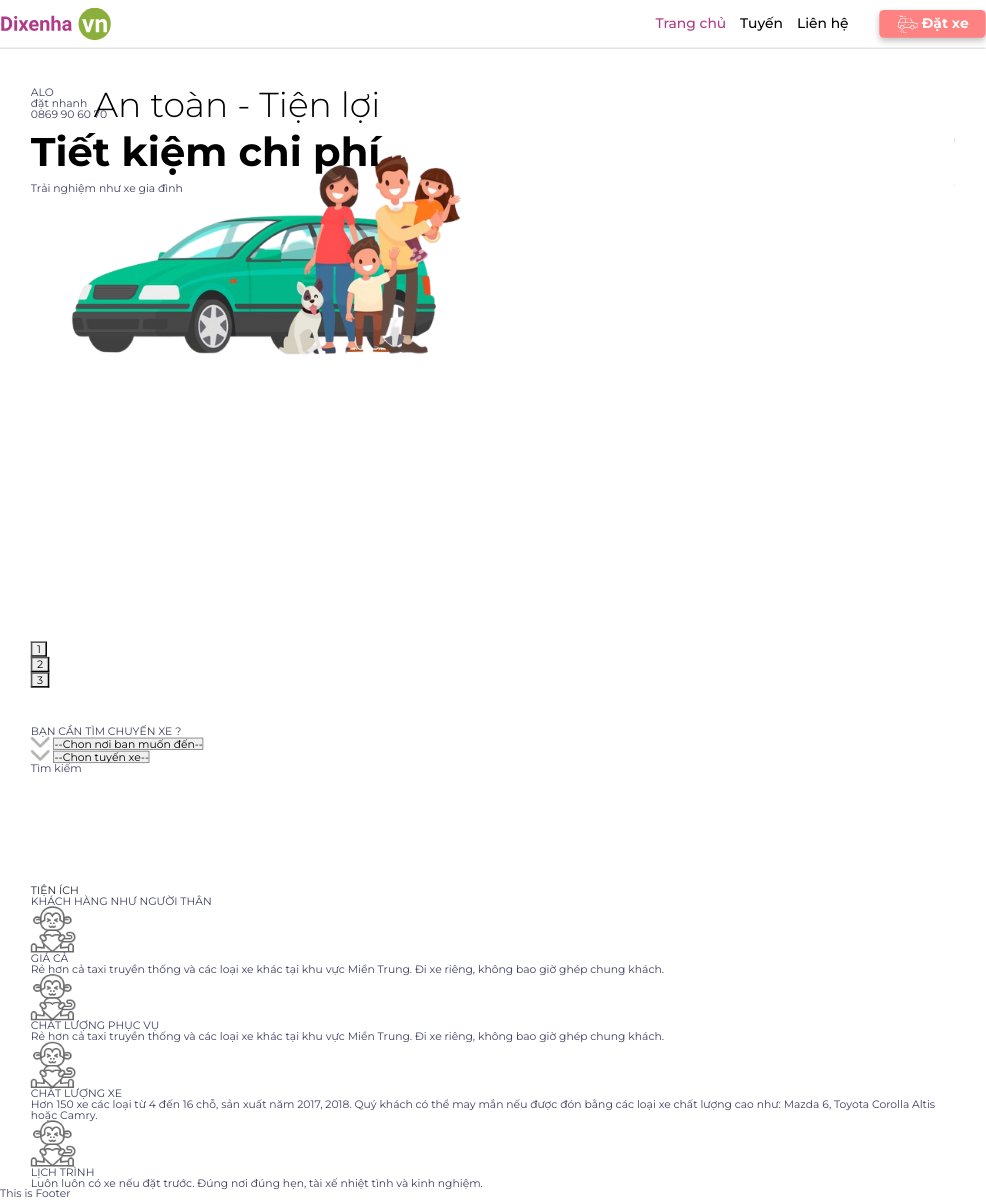
Repository: thanhthien0706/last_project--fe004
Page: lastProductF004/dist/index.html
An editor plug-in stored every save of this project. The page is shown before and after the next save, followed by the edit.
The browser window is 1280 px wide. The pictures show the whole page, at 77% of full size.
Some web libraries are served in a nearby version. The style sheet was rebuilt from its Sass, Less or Tailwind sources for each picture, by a compiler version that may differ from the author's.

Above is the page before, as saved 2021-09-16 19:29:06.

### lastProductF004/dist/index.html
<html lang="vi">

<head>
  <!-- include head.html -->
  <title>Trang web cho thuê xe Đà Nẵng - Hội An</title>
<meta name="viewport" content="width=device-width, initial-scale=1, shrink-to-fit=no">
<meta http-equiv="Content-type" content="text/html;charset=UTF-8">

<!-- favicon -->
<link href="/images/favicon.ico" type="image/x-icon" rel="icon">
<!-- meta social -->
<meta name="twitter:card" content="" />
<meta name="twitter:site" content="" />
<meta name="twitter:creator" content="" />
<meta property="og:description" content="" />
<meta property="og:image" content="" />
<meta property="og:site_name" content="">
<meta property="og:title" content="" />
<meta property="og:type" content="">
<meta property="og:url" content="" />
<link rel="apple-touch-icon" sizes="180x180" href="/images/favicon/apple-touch-icon.png">
<link rel="icon" type="image/png" sizes="32x32" href="/images/favicon/favicon-32x32.png">
<link rel="icon" type="image/png" sizes="16x16" href="/images/favicon/favicon-16x16.png">

<link rel="manifest" href="/manifest.json">

<meta name="mobile-web-app-capable" content="yes">
<meta name="apple-mobile-web-app-capable" content="yes">
<meta name="application-name" content="Short name web app">
<meta name="apple-mobile-web-app-title" content="Short name web app">
<meta name="theme-color" content="#00a849">
<meta name="msapplication-navbutton-color" content="#00a849">
<meta name="apple-mobile-web-app-status-bar-style" content="black-translucent">
<meta name="msapplication-starturl" content="/">


  <!-- include styles.html -->
  <link href="https://fonts.googleapis.com/css?family=Roboto|Roboto+Condensed|Roboto+Mono|Roboto+Slab&display=swap"
    rel="stylesheet">
<link href="https://fonts.googleapis.com/icon?family=Material+Icons" rel="stylesheet">


<!-- boostrap -->
<link rel="stylesheet" href="https://stackpath.bootstrapcdn.com/bootstrap/4.4.1/css/bootstrap.min.css"
    integrity="sha384-Vkoo8x4CGsO3+Hhxv8T/Q5PaXtkKtu6ug5TOeNV6gBiFeWPGFN9MuhOf23Q9Ifjh" crossorigin="anonymous">
<link rel="stylesheet" href="https://use.fontawesome.com/releases/v5.8.2/css/all.css"
    integrity="sha384-oS3vJWv+0UjzBfQzYUhtDYW+Pj2yciDJxpsK1OYPAYjqT085Qq/1cq5FLXAZQ7Ay" crossorigin="anonymous">

<link rel="stylesheet" href="https://unpkg.com/swiper/swiper-bundle.css">
<link rel="stylesheet" href="https://unpkg.com/swiper/swiper-bundle.min.css">

<link href="https://unpkg.com/aos@2.3.1/dist/aos.css" rel="stylesheet">

<!-- build:css(.tmp) style/style.min.css -->
<!-- <link rel="stylesheet" type="text/css" media="screen" href="styles/main.scss"/> -->
<link rel="stylesheet" type="text/css" media="screen" href="css/main.css" />
<!-- endbuild -->
</head>

<body class="wrapper">
  <header class="main_header">
  <div class="container_edit">
    <div class="box_main_content">
      <div class="box_logo">
        <img src="../../images/logo.svg" alt="logo" class="img_logo">
      </div>
      <div class="box_main_menu">
        <ul class="lista_menu">
          <li class="item_list">
              <a href="#" class="active">Trang chủ</a>
          </li>
          <li class="item_list">
              <a href="#">Tuyến</a>
          </li>
          <li class="item_list">
              <a href="#">Liên hệ</a>
          </li>
        </ul>
        <a href="#" class="btn_dat_xe">
          <img src="images/icon/ic_car-1.svg" alt="">
          <span class="text">Đặt xe</span>
        </a>
      </div>
    </div>
  </div>

</header>

  <section>

    <section class="section_01">
      <div class="container_new_edit">
        <div class="box_main_slide">
          <!-- slide 1 -->
          <div class="box_content_slide">

            <div class="box_slogan">
              <p class="slogan_1">An toàn - Tiện lợi</p>
              <p class="slogan_2">Tiết kiệm chi phí</p>
              <p class="slogan_3"><span class="sp_slogan_1">Trải nghiệm</span> như xe <span class="sp_slogan_2">gia đình</span></p>
            </div>

            <div class="box_contact">
              <div class="box_icon">
                <div class="shape_1"></div>
                <div class="shape_2"></div>
                <p class="icon">ALO</p>
              </div>
              <div class="box_text">
                <p>đặt nhanh</p>
                <p class="sdt">
                  0869 90 60 70
                </p>
              </div>
            </div>

            <div class="box_img">
              <img src="images/bg/bg_image-1.png" alt="">
            </div>

          </div>

          <!-- slide 2 -->
          <div class="box_content_slide">

            <div class="box_slogan">
              <p class="slogan_1">An toàn - Tiện lợi</p>
              <p class="slogan_2">Tiết kiệm chi phí</p>
              <p class="slogan_3"><span class="sp_slogan_1">Trải nghiệm</span> như xe <span class="sp_slogan_2">gia đình</span></p>
            </div>

            <div class="box_contact">
              <div class="box_icon">
                <div class="shape_1"></div>
                <div class="shape_2"></div>
                <p class="icon">ALO</p>
              </div>
              <div class="box_text">
                <p>đặt nhanh</p>
                <p class="sdt">
                  0869 90 60 70
                </p>
              </div>
            </div>

            <div class="box_img">
              <img src="images/bg/bg_image-1.png" alt="">
            </div>

          </div>

          <!-- slide 3 -->
          <div class="box_content_slide">

            <div class="box_slogan">
              <p class="slogan_1">An toàn - Tiện lợi</p>
              <p class="slogan_2">Tiết kiệm chi phí</p>
              <p class="slogan_3"><span class="sp_slogan_1">Trải nghiệm</span> như xe <span class="sp_slogan_2">gia đình</span></p>
            </div>

            <div class="box_contact">
              <div class="box_icon">
                <div class="shape_1"></div>
                <div class="shape_2"></div>
                <p class="icon">ALO</p>
              </div>
              <div class="box_text">
                <p>đặt nhanh</p>
                <p class="sdt">
                  0869 90 60 70
                </p>
              </div>
            </div>

            <div class="box_img">
              <img src="images/bg/bg_image-1.png" alt="">
            </div>

          </div>

        </div>
      </div>
    </section>
    <section class="section_02">
      <div class="container_new_edit">
        <div class="row_edit">
          <div class="box_left">
            <p>BẠN CẦN TÌM CHUYẾN XE ?</p>
            <section class="section_list_sec">

              <div class="box_main--sec">
                <span class="arrow">
                  <img src="images/icon/ic_arrow--down.png" alt="">
                </span>
                <select name="" id="" class="select_main">
                  <option value="1">--Chọn nơi bạn muốn đến--</option>
                  <option value="1">Đà nẵng</option>
                  <option value="1">Nha Trang</option>
                  <option value="1">Huế</option>
                </select>
              </div>

              <div class="box_main--sec">
                <span class="arrow">
                  <img src="images/icon/ic_arrow--down.png" alt="">
                </span>
                <select name="" id="" class="select_main">
                  <option value="1">--Chọn tuyến xe--</option>
                  <option value="1">Tuyến 1</option>
                  <option value="1">Tuyến 2</option>
                  <option value="1">Tuyến 3</option>
                </select>
              </div>

              <a href="#" class="btn_search">Tìm kiếm</a>
            </section>
          </div>
          <div class="box_right">
            <img src="images/bg/bg_img-2.svg" alt="">
          </div>
        </div>
      </div>
    </section>
    <section class="section_03">
      <div class="container_new_edit">
        <div class="box_header">
          <span>TIỆN ÍCH</span>
          <h2>KHÁCH HÀNG NHƯ NGƯỜI THÂN</h2>
        </div>
        <div class="box_tien-ich_main">
          <div class="box_grid">
            <div class="item_grid">
              <div class="box_conten">
                <div class="box_logo">
                  <img src="images/icon/ic_monkey.png" alt="">
                </div>
                <div class="box_text--main">
                  <h2>GIÁ CẢ</h2>
                  <p>
                    Rẻ hơn cả taxi truyền thống và các loại xe khác tại khu vực Miền Trung.
                    Đi xe riêng, không bao giờ ghép chung khách.
                  </p>
                </div>
              </div>
            </div>
            <div class="item_grid">
              <div class="box_conten">
                <div class="box_logo">
                  <img src="images/icon/ic_monkey.png" alt="">
                </div>
                <div class="box_text--main">
                  <h2>CHẤT LƯỢNG PHỤC VỤ</h2>
                  <p>
                    Rẻ hơn cả taxi truyền thống và các loại xe khác tại khu vực Miền Trung.
                    Đi xe riêng, không bao giờ ghép chung khách.
                  </p>
                </div>
              </div>
            </div>
            <div class="item_grid">
              <div class="box_conten">
                <div class="box_logo">
                  <img src="images/icon/ic_monkey.png" alt="">
                </div>
                <div class="box_text--main">
                  <h2>CHẤT LƯỢNG XE</h2>
                  <p>
                    Hơn 150 xe các loại từ 4 đến 16 chỗ, sản xuất năm 2017, 2018.
                    Quý khách có thể may mắn nếu được đón bằng các loại xe chất lượng cao
                    như: Mazda 6, Toyota Corolla Altis hoặc Camry.
                  </p>
                </div>
              </div>
            </div>
            <div class="item_grid">
              <div class="box_conten">
                <div class="box_logo">
                  <img src="images/icon/ic_monkey.png" alt="">
                </div>
                <div class="box_text--main">
                  <h2>LỊCH TRÌNH</h2>
                  <p>
                    Luôn luôn có xe nếu đặt trước.
                    Đúng nơi đúng hẹn, tài xế nhiệt tình và kinh nghiệm.
                  </p>
                </div>
              </div>
            </div>
          </div>
        </div>
      </div>
    </section>

  </section>
  <footer class="main_footer">
        <h1>This is Footer</h1>
</footer>

  <!-- include scripts.html -->
  <!-- boostrap -->
<script src="https://ajax.googleapis.com/ajax/libs/jquery/3.4.1/jquery.min.js"></script>
<!-- <script src="https://code.jquery.com/jquery-3.3.1.slim.min.js"
        integrity="sha384-q8i/X+965DzO0rT7abK41JStQIAqVgRVzpbzo5smXKp4YfRvH+8abtTE1Pi6jizo"
        crossorigin="anonymous"></script> -->
<script src="https://cdnjs.cloudflare.com/ajax/libs/popper.js/1.14.7/umd/popper.min.js"
        integrity="sha384-UO2eT0CpHqdSJQ6hJty5KVphtPhzWj9WO1clHTMGa3JDZwrnQq4sF86dIHNDz0W1"
        crossorigin="anonymous"></script>
<script src="https://stackpath.bootstrapcdn.com/bootstrap/4.3.1/js/bootstrap.min.js"
        integrity="sha384-JjSmVgyd0p3pXB1rRibZUAYoIIy6OrQ6VrjIEaFf/nJGzIxFDsf4x0xIM+B07jRM"
        crossorigin="anonymous"></script>



<!-- build:js script/script.min.js -->
<script type="text/javascript" src="js/slick.js"></script>
<script type="text/javascript" src="js/script.js"></script>
<!-- endbuild -->

<script src="https://unpkg.com/aos@2.3.1/dist/aos.js"></script>
</body>

</html>

### lastProductF004/src/styles/main.scss
// ----------------------------------------------------------------------
// Font
// ----------------------------------------------------------------------
@import url('https://fonts.googleapis.com/css?family=Roboto:300,400,500,700,900&subset=vietnamese');
@import url('https://cdnjs.cloudflare.com/ajax/libs/font-awesome/5.15.1/css/all.min.css');
// ----------------------------------------------------------------------
// Base
// ----------------------------------------------------------------------
@import "base/reset";
@import "base/fonts";
@import "base/base";

// ----------------------------------------------------------------------
// Layout
// ----------------------------------------------------------------------
@import "layout/slick";
@import "layout/global";
@import "layout/keyframes";
@import "layout/header";
@import "layout/footer";

// ----------------------------------------------------------------------
// Pages
// ----------------------------------------------------------------------
@import "pages/homepage";

### lastProductF004/src/styles/base/_fonts.scss
@import url('https://fonts.googleapis.com/css2?family=Montserrat:wght@100;200;300;400;500;600;700;800;900&display=swap');
// font-family: 'Montserrat', sans-serif;

### lastProductF004/src/styles/layout/_global.scss
// =====================================================================
// COLOR
// =====================================================================

$col1: #f89612;

// =====================================================================
// KEYFRAME
// =====================================================================

$font-size: 16;

body {
    font-family: 'Montserrat', sans-serif;
    font-size: 14px;
}

.container_big {
    width: 100%;
    max-width: 1600px;
    max-width: 1366px;
    margin: 0 auto;
    @include tran_slow_03();

    @include maxWidth(1600px) {
        max-width: 1360px;
    }

    @include maxWidth(1366px) {
        max-width: 1200px;
    }

    @include maxWidth(1200px) {
        max-width: 1170px;
        max-width: 95%;

    }
}

.wrapper {
    position: relative;
}

.box_bcrum {
    margin-top: 20px;
    margin-bottom: 20px;

    ul {
        &::after {
            @include clear_fix();
        }

        li {
            margin-right: 10px;
            display: inline-flex;
            flex-direction: row;
            align-items: center;
            display: inline;
            line-height: 1.3;


            &.home {
                a {
                    &::before {
                        position: relative;
                        bottom: 0;
                        content: '';
                        height: 14px;
                        width: 14px;
                        display: inline-flex;
                        background-image: url('../images/icon/home.png');
                        background-color: transparent;
                        background-position: center;
                        background-repeat: no-repeat;
                        background-size: contain;
                    }
                }
            }

            &:last-child {
                margin-right: 0;
            }

            a {
                text-decoration: none;
                outline: none;
                position: relative;

                &::before {
                    position: relative;
                    bottom: 2px;
                    margin-right: 5px;
                    content: '';
                    height: 4px;
                    width: 4px;
                    display: inline-flex;
                    @include borderRadius(50%);
                    background-color: $col1;
                }
            }

            .txt_crumb {
                font-size: 14px;
                font-weight: normal;
                color: #000;

                &::before {
                    position: relative;
                    bottom: 2px;
                    margin-right: 5px;
                    content: '';
                    height: 4px;
                    width: 4px;
                    display: inline-flex;
                    @include borderRadius(50%);
                    background-color: $col1;
                }
            }
        }
    }
}

.main_footer {
    position: relative;

    .go_top {
        cursor: pointer;
        position: absolute;
        right: 3%;
        top: -100px;
        height: 80px;
        width: 80px;
        background-image: url('../images/icon/gotop.png');
        background-position: center;
        background-repeat: no-repeat;
        background-size: contain;
        z-index: 991;
        @include tran_slow_03();

        @include maxWidth(1024px) {
            right: 5px;
            height: 60px;
            width: 60px;
        }

        @include maxWidth(480px) {
            top: -40px;
            height: 40px;
            width: 40px;
        }
    }
}


.row_tour {
    display: flex;
    flex-direction: row;
    margin-left: -15px;
    margin-right: -15px;
    @include tran_slow_03();

    @include maxWidth(480px) {
        margin-left: 0;
        margin-right: 0;
    }

    .item_row {
        padding-right: 15px;
        padding-left: 15px;
        @include tran_slow_03();

        @include maxWidth(480px) {
            padding-right: 0;
            padding-left: 0;
        }
    }
}

@mixin transition_slow($times) {
    -webkit-transition: all $times ease-in-out 0s;
    -o-transition: all $times ease-in-out 0s;
    transition: all $times ease-in-out 0s;
}

@mixin  font_size($value) {
    font-size: $value/$font-size + rem;
}

### lastProductF004/src/styles/layout/_keyframes.scss
@include keyframes(faderighttoleft) {
    from {
        opacity: 0;
        right: -50px;
    }

    to {
        opacity: 1;
        right: 0;
    }
}

@include keyframes(face_text_slide) {
    from {
        opacity: 0;
        top: 20px;
    }

    to {
        opacity: 1;
        top: 0;
    }
}
@include keyframes(showcar_home) {
    from {
        opacity: 0;
        visibility: hidden;
        bottom: -10px;
    }

    to {
        opacity: 1;
        visibility: visible;
        bottom: 0;
    }
}

@include keyframes(showcar) {
    from {
        opacity: 0;
        visibility: hidden;
        bottom: -10px;
    }

    to {
        opacity: 1;
        visibility: visible;
        bottom: -24px;
    }
}

@include keyframes(xoayphone) {
    0% {
        @include xoay(-45deg);
    }

    50% {
        @include xoay(25deg);
    }

    100% {
        @include xoay(0deg);
    }
}

@include keyframes(onloadtabs) {
    from {
        opacity: 0;
        visibility: hidden;
        left: -10px;
    }

    to {
        opacity: 1;
        visibility: visible;
        left: 0;
    }
}

@include keyframes(showhomecar) {
    from {
        opacity: 0;
        visibility: hidden;
        min-height: 0;
        bottom: -20px;
    }

    to {
        opacity: 1;
        visibility: visible;
        min-height: 240px;
        bottom: 0;
    }
}

### lastProductF004/src/styles/layout/_header.scss
.container_edit{
    max-width: 1360px;
    width: 100%;
    margin: 0 auto;
}

.main_header{
    padding: 10px 0;
    background-color: #fff;
    border-bottom: 1px solid rgba(0, 0, 0, 0.22);
    .box_main_content{
        display: flex;
        flex-direction: row;
        justify-content: space-between;
        align-items: center;
        .box_logo{
            img{
                width: auto;
                height: 42px;
                object-fit: cover;
            }
        }
        .box_main_menu{
            display: flex;
            flex-direction: row;
            justify-self: center;
            align-items: center;
            .lista_menu{
                display: flex;
                flex-direction: row;
                justify-content: space-between;
                align-items: center;
                margin-right: 40px;
                .item_list{
                    margin-right:18px;
                    a{
                        font-size:18px;
                        color:#000;
                        font-weight: 500;
                        text-decoration: none;
                        transition: 0.5s;
                        &.active{
                            color:#AF3A87;
                        }
                        &:hover{
                            color:#AF3A87;
                        }
                    }
                    &:last-child{
                        margin-right:0;
                    }
                }
            }
            .btn_dat_xe{
                display: flex;
                flex-direction: row;
                justify-content: space-between;
                align-items: center;
                padding: 6px 22px;
                background-color: #FF8282;
                border-radius: 6px;
                text-decoration: none;
                filter: drop-shadow(0px 4px 4px rgba(0, 0, 0, 0.25));
                transition: 0.5s;
                &:hover{
                    opacity: 0.8;
                }
                img{
                    margin-right: 5px;
                }
                span{
                    font-size:18px;
                    color:#fff;
                    font-weight: bold;
                }
            }
        }
    }
}

### lastProductF004/src/styles/pages/_homepage.scss
html {
    scroll-behavior: smooth;
}

.container_new_edit{
    max-width: 1200px;
    width: 100%;
    margin: 0 auto;
}

.section_01{
    min-height:500px;
    padding: 50px 0;
    // width: 100%;
    .box_main_slide{
        .box_content_slide{
            position: relative;
            .box_slogan{
                position: absolute;
                .slogan_1{
                    @include font_size(45);
                    font-weight: 300;
                    color: #000;
                    margin-bottom: 14px;
                    text-align: end ;
                }
                .slogan_2{
                    @include font_size(52);
                    font-weight: bold;
                    color: #000;
                    margin-bottom: 14px;
                }
            }
        }
    }
}

Loaded but not shown: lastProductF004/dist/js/slick.js (library); lastProductF004/src/styles/base/_reset.scss (common file); lastProductF004/src/styles/layout/_slick.scss (common file); lastProductF004/dist/js/script.js (13 lines, source omitted); lastProductF004/src/styles/base/_base.scss (976 lines, source omitted); lastProductF004/src/styles/layout/_footer.scss (no stored copy; drawn as an empty file)

After the next save:
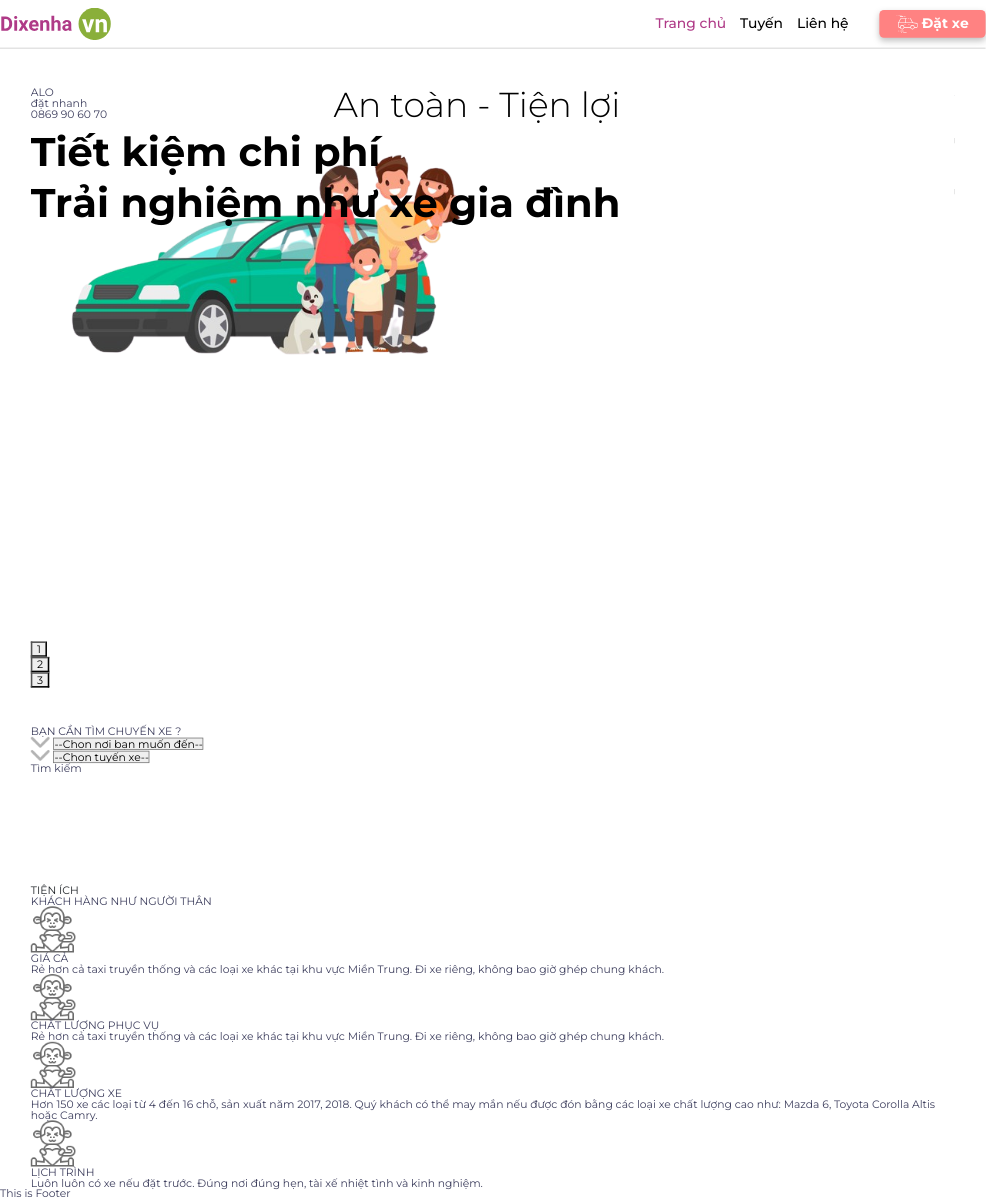
Saved 67 s later.
--- a/lastProductF004/src/styles/pages/_homepage.scss
+++ b/lastProductF004/src/styles/pages/_homepage.scss
@@ -30,6 +30,12 @@ html {
                     color: #000;
                     margin-bottom: 14px;
                 }
+                .slogan_3{
+                    @include font_size(52);
+                    font-weight: bold;
+                    color: #000;
+                    margin-bottom: 14px;
+                }
             }
         }
     }
